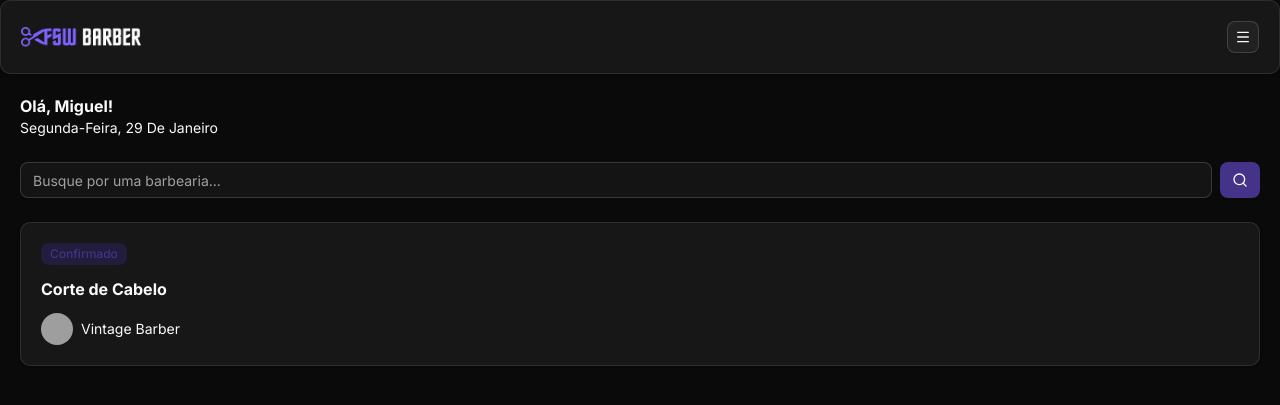
Repository: PaulinhoMachadooo/Barber
Page: /
These files come from the project's save history. The page is drawn as it stood at one moment and after the next save; the edit follows.
The browser window is 1280 px wide. The pictures show the whole page.
Pictures or frames that could not be fetched are drawn as grey boxes. The project was rebuilt for these pictures with package versions that can differ from the ones it lists, and the page was loaded fresh each time. The framework's server and built-in components were replaced by stand-ins that run in the browser. Also part of the build but not shown: next.config.ts.

Above is the page before, as saved 2025-04-13 18:44:36.

After the next save:
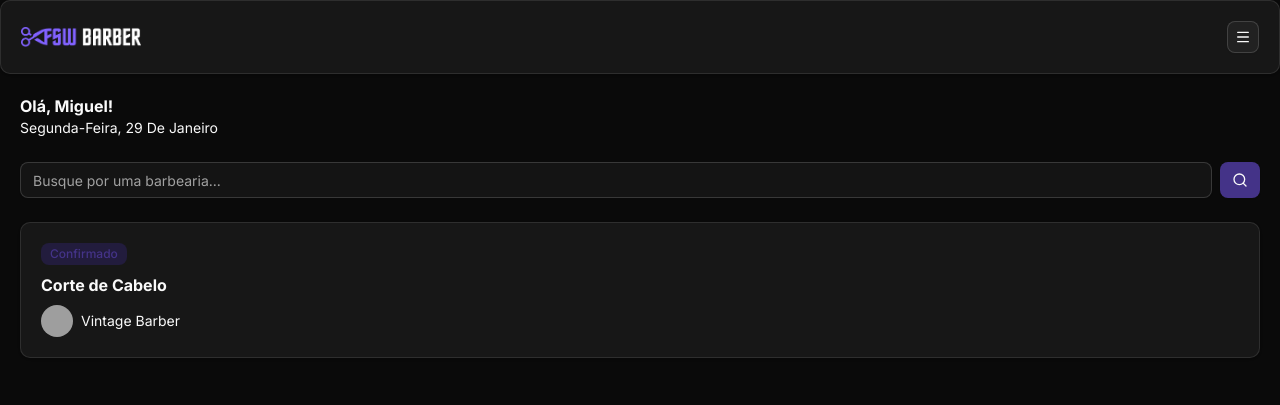
Saved 20 s later.
--- a/app/_components/booking-item.tsx
+++ b/app/_components/booking-item.tsx
@@ -7,7 +7,7 @@ const  BookingItem = () => {
     return (
         <Card>
             <CardContent className="p-5">
-                <div className="flex flex-col gap-3">
+                <div className="flex flex-col gap-2">
                     <Badge className="bg-[#221C3D] text-primary">Confirmado</Badge>
                     <h2 className="font-bold">Corte de Cabelo</h2>
 
